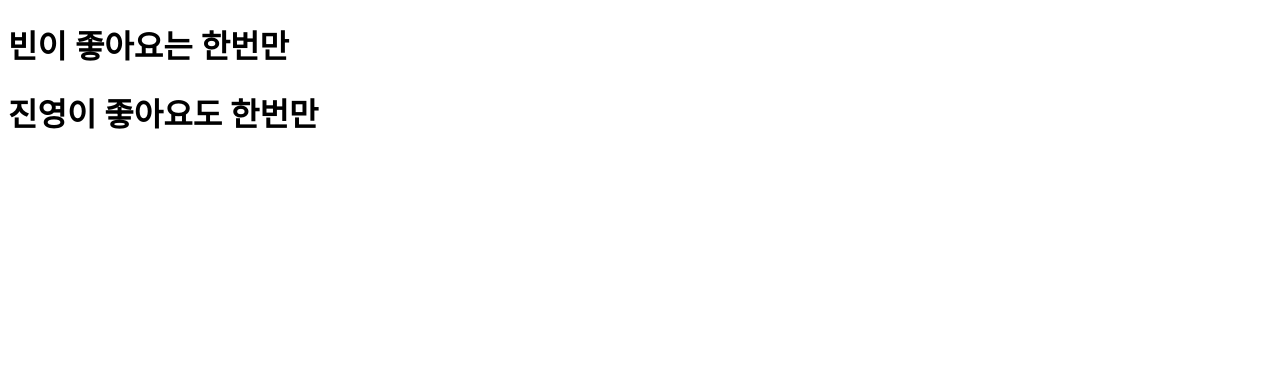
Repository: YERIN0531/SEOYERIN_WEBPRO
Page: gitSource/07_jQuery/jq01/WebContent/10_one.html
These files come from the project's save history. The page is drawn as it stood at one moment and after the next save; the edit follows.
The browser window is 1280 px wide. The pictures show the whole page.

Above is the page before, as saved 2022-06-21 05:08:04.

### gitSource/07_jQuery/jq01/WebContent/10_one.html
<!DOCTYPE html>
<html>
<head>
<meta charset="UTF-8">
<title>Insert title here</title>
<style></style>
<script src="https://code.jquery.com/jquery-3.6.0.min.js"></script>
<script>
 $(document).ready(function(){
	$('h1').one('click',function(){
		 $(this).append('<b>♥</b>').prepend('<b>♥</b>').css('color','green');
	});

// 	 $('h1').on(function(){
// 		 $(this).append('<b>♥</b>').prepend('<b>♥</b>').css('color','green');
// 		 $(this).off();
// 	 });

 });
 </script>
</head>
<body>
<h1>빈이 좋아요는 한번만</h1>
<h1>진영이 좋아요도 한번만</h1>
</body>
</html>

After the next save:
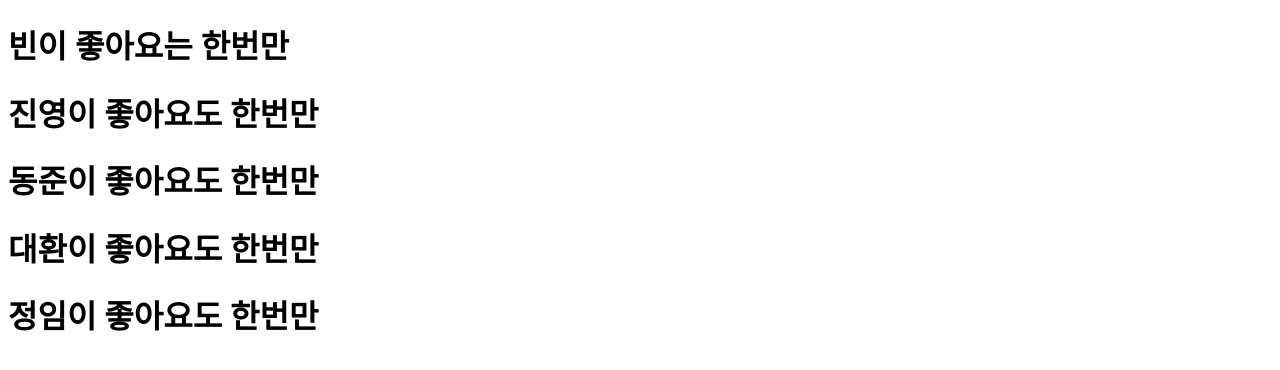
Saved 32 s later.
--- a/gitSource/07_jQuery/jq01/WebContent/10_one.html
+++ b/gitSource/07_jQuery/jq01/WebContent/10_one.html
@@ -22,5 +22,8 @@
 <body>
 <h1>빈이 좋아요는 한번만</h1>
 <h1>진영이 좋아요도 한번만</h1>
+<h1>동준이 좋아요도 한번만</h1>
+<h1>대환이 좋아요도 한번만</h1>
+<h1>정임이 좋아요도 한번만</h1>
 </body>
 </html>
